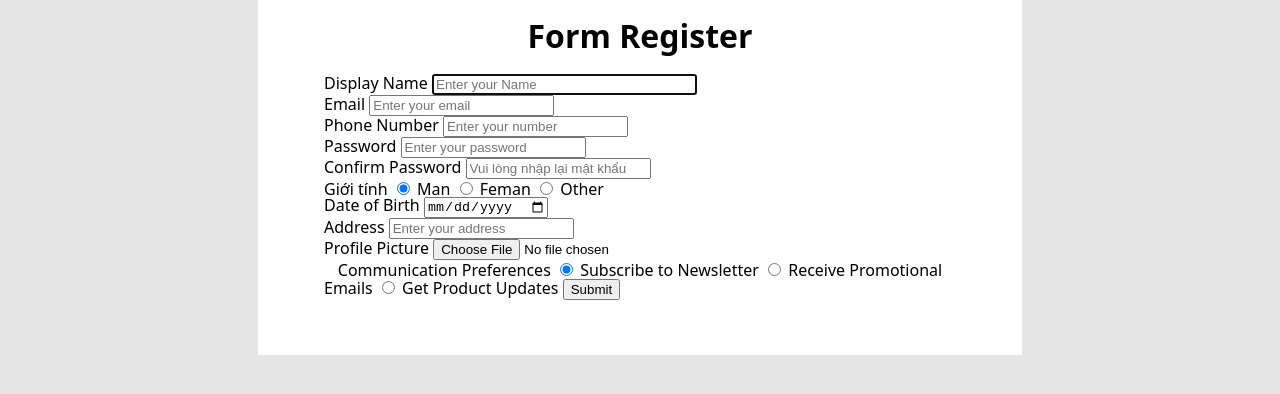
Repository: lannguyen1301/f8-zoom-day-4
Page: form.html
An editor plug-in stored every save of this project. The page is shown before and after the next save, followed by the edit.
The browser window is 1280 px wide. The pictures show the whole page.

Above is the page before, as saved 2025-04-19 22:39:11.

After the next save:
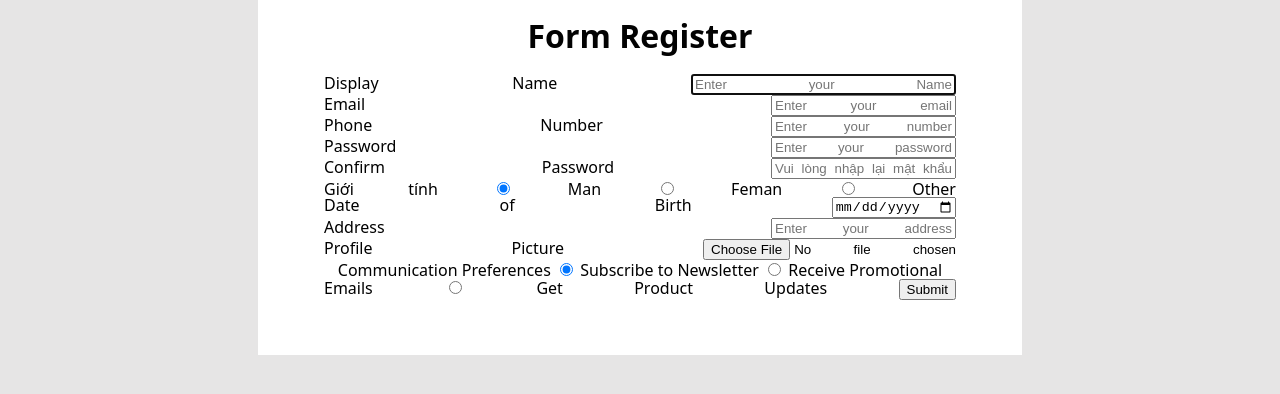
Saved 5 s later.
--- a/assets/css/form-resgiter.css
+++ b/assets/css/form-resgiter.css
@@ -1,3 +1,3 @@
 .top-desc {
-    text-align-last: left;
+    text-align-last: justify;
 }

After the 2 saves that followed:
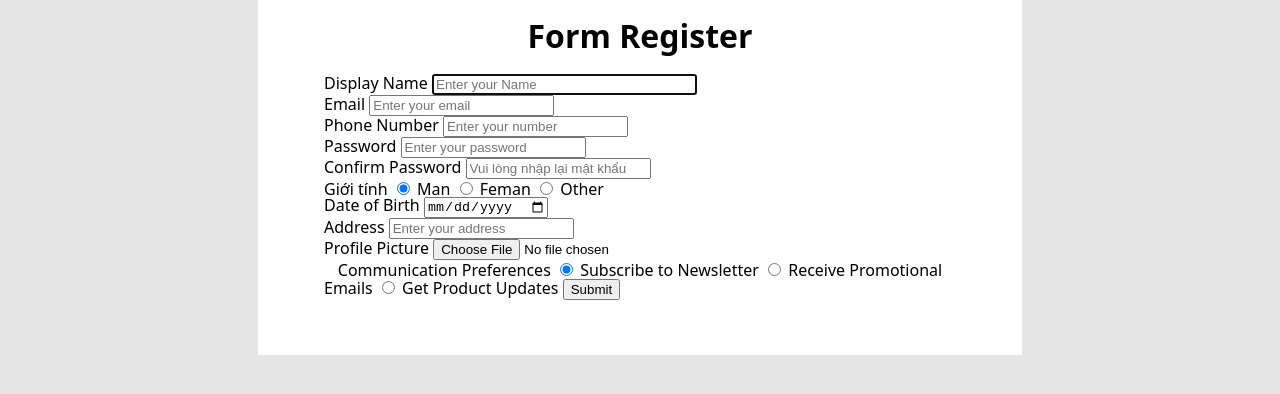
The 2 saves are shown as one change because they came seconds apart.
The last was saved 6 s later.
--- a/assets/css/form-resgiter.css
+++ b/assets/css/form-resgiter.css
@@ -1,3 +1,3 @@
 .top-desc {
-    text-align-last: justify;
+    text-align-last: left;
 }
